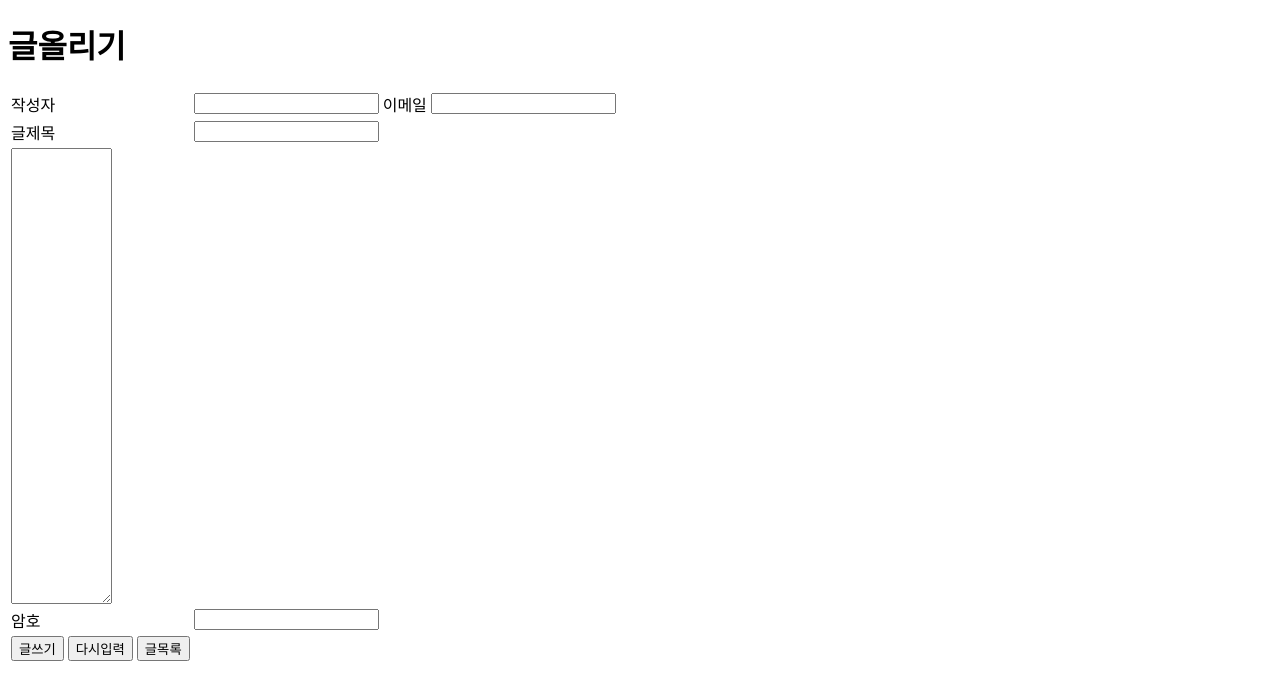
Repository: lch901/webStudy
Page: http://localhost/beanPro/board/write.jsp
The author's editor kept a copy of each file at every save. The page is drawn from the files as they stood at one save, then again after the next save.
The browser window is 1280 px wide. The pictures show the whole page.
The page is served by Tomcat 9. Other server files are loaded and not shown.

Above is the page before, as saved 2020-08-27 02:22:54.

### beanPro/WebContent/board/write.jsp
<%@ page language="java" contentType="text/html; charset=UTF-8"
    pageEncoding="UTF-8"%>
<!DOCTYPE html PUBLIC "-//W3C//DTD HTML 4.01 Transitional//EN" "http://www.w3.org/TR/html4/loose.dtd">
<html>
<head>
<meta http-equiv="Content-Type" content="text/html; charset=UTF-8">
<title>Insert title here</title>

</head>
<body>
	<h1>글올리기</h1>
	<form action="writeOk.jsp" method="get">
		<table>
			<tr>
				<td>작성자</td>
				<td><input type="text" name="b_name"></td>
				<td>이메일</td>
				<td><input type="email" name="b_email"></td>
			</tr>
			<tr>
				<td>글제목</td>
				<td><input type="text" name="b_title"></td>
			</tr>
			<tr>
				<td>
					<textarea rows="30" cols="10" name="b_content"></textarea>
				</td>
			</tr>
			<tr>
				<td>암호</td>
				<td><input type="text" name="b_pwd"></td>
			</tr>
			<tr>
				<td>
					<input type="submit" value="글쓰기">
					<input type="reset" value="다시입력">
					<input type="button" value="글목록" onclick="location.href='list.jsp'">
				</td>
			</tr>
		</table>
	</form>
</body>
</html>

After the next save:
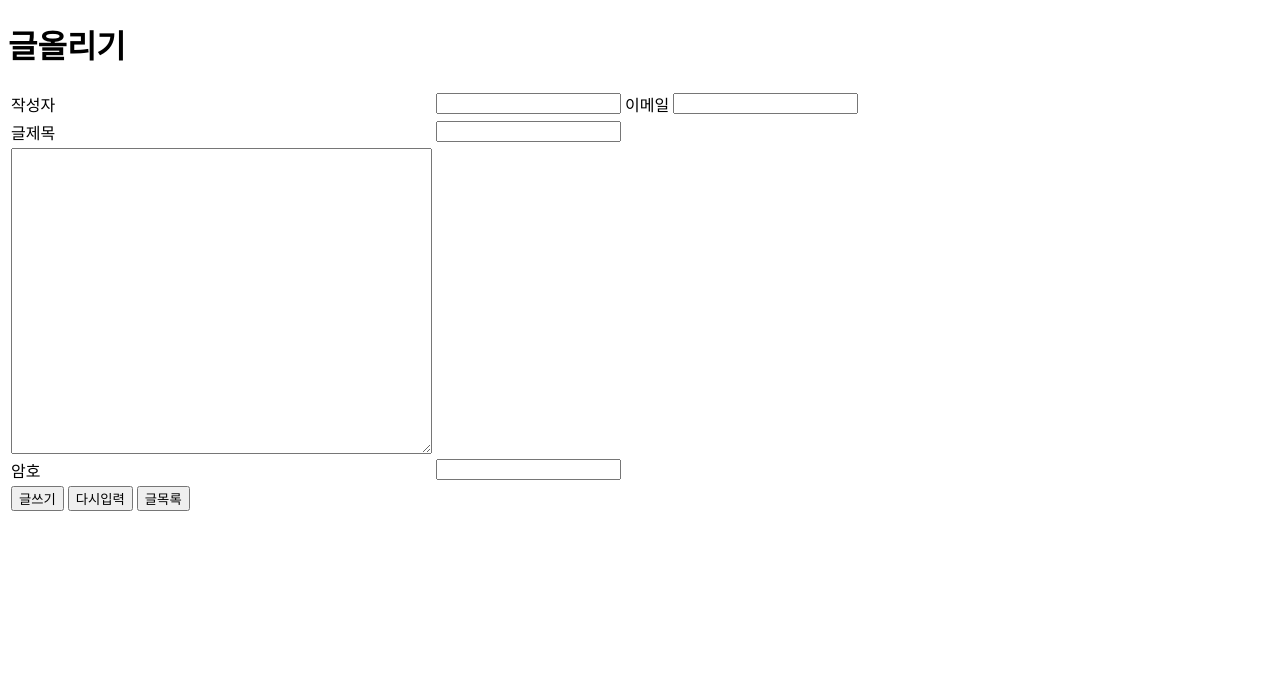
Saved 33 s later.
--- a/beanPro/WebContent/board/write.jsp
+++ b/beanPro/WebContent/board/write.jsp
@@ -23,7 +23,7 @@
 			</tr>
 			<tr>
 				<td>
-					<textarea rows="30" cols="10" name="b_content"></textarea>
+					<textarea rows="20" cols="50" name="b_content"></textarea>
 				</td>
 			</tr>
 			<tr>
